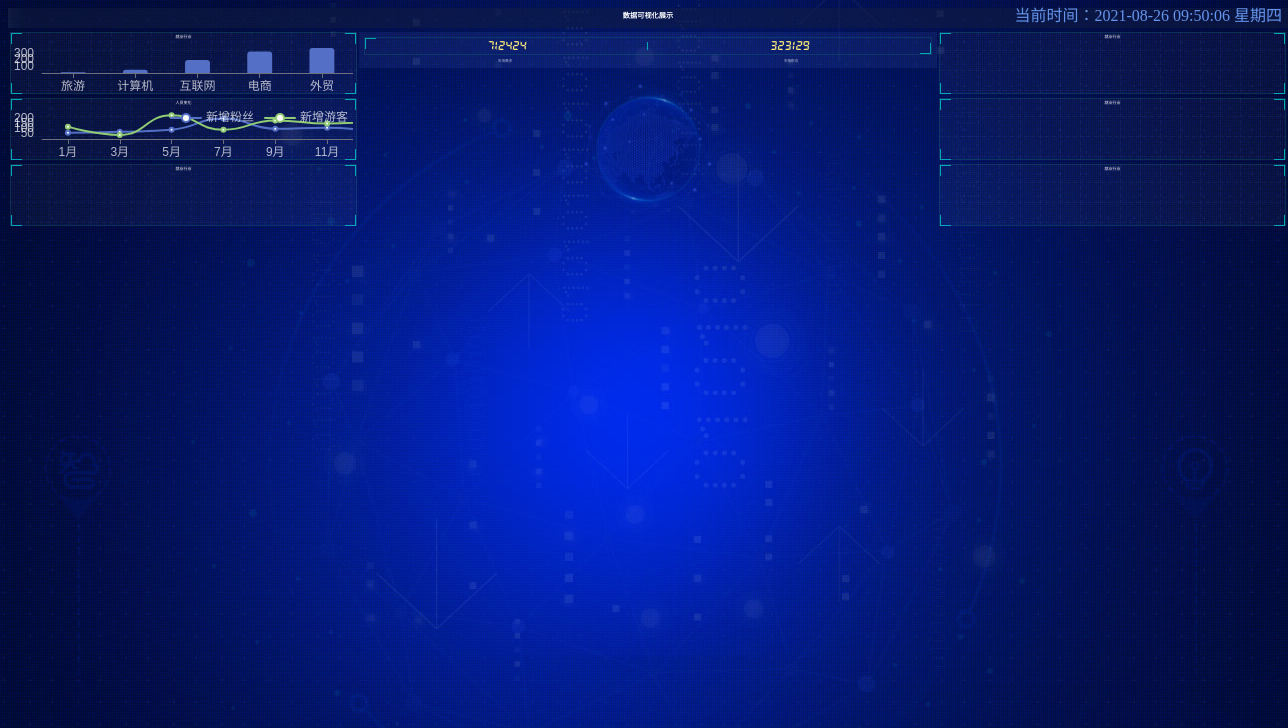
Repository: jiang-1990/DataVM
Page: /
An editor plug-in stored every save of this project. The page is shown before and after the next save, followed by the edit.
The browser window is 1280 px wide. The page is 1288 px wide, so the pictures cover 1288 px, including what lies to the right of the window. The pictures show the whole page.
The project was rebuilt for these pictures with package versions that can differ from the ones it lists, and the page was loaded fresh each time.

Above is the page before, as saved 2021-08-27 14:08:27.

### index.html
<!DOCTYPE html>
<html>
  <head>
    <meta charset="utf-8">
    <meta name="viewport" content="width=device-width,initial-scale=1.0">
    <title>mydatam</title>
  </head>
  <body>
    <div id="app"></div>
    <!-- built files will be auto injected -->
  </body>
</html>

### src/main.js
// The Vue build version to load with the `import` command
// (runtime-only or standalone) has been set in webpack.base.conf with an alias.
import Vue from 'vue'
import App from './App'
import router from './router'
import 'lib-flexible/flexible.js'
//声明字体
import './font/font.css'

Vue.config.productionTip = false

/* eslint-disable no-new */
new Vue({
  el: '#app',
  router,
  components: { App },
  template: '<App/>'
})

### src/App.vue
<template>
  <div id="app">
    <router-view/>
  </div>
</template>

<script>
export default {
  name: 'App'
}
</script>

<style>
body{
  background-image: url('assets/bg.jpg') ;
  background-Repeat : 'no-repeat';
  background-Size : '100% 100%';
  background-position: center;/* 背景图随屏幕尺寸变化 背景图两边隐藏 图片不压缩 */
}
html,body {
  width: 100%;
  height: 100%;
}

</style>

### src/router/index.js
import Vue from 'vue'
import Router from 'vue-router'
import bigScreen from '@/components/bigScreen'

Vue.use(Router)

export default new Router({
  routes: [
    {
      path: '/',
      name: 'bigScreen',
      component: bigScreen
    }
  ]
})

### src/font/font.css
 /* 声明字体 */
@font-face {
    font-family: 'electronicFont';
    src: url(./DS-DIGIT.ttf);
}

### src/components/bigScreen.vue
<template>
  <div>
    <div class="top">
      <h1>数据可视化展示</h1>
      <span class="time">当前时间：{{ date | dateFormat }}</span>
    </div>
    <div class="mainBox">
      <div class="culonm">
        <div class="panl bar">
          <h2>就业行业</h2>
          <div class="chart" id="bar_l"></div>
          <div class="zhuanjiao"></div>
        </div>

        <div class="panl line">
          <h2>人员变化</h2>
          <div class="chart" id="line_l"></div>
          <div class="zhuanjiao"></div>
        </div>

        <div class="panl pie">
          <h2>就业行业</h2>
          <div class="chart"></div>
          <div class="zhuanjiao"></div>
        </div>
      </div>
      <div class="culonm">
        <div class="num">
          <div class="num-hd">
            <ul>
              <li>712424</li>
              <li>323129</li>
            </ul>
          </div>
          <div class="num-bd">
            <ul>
              <li>市场需求</li>
              <li>市场供应</li>
            </ul>
          </div>
        </div>
        <div class="map">
          <div class="map1"></div>
          <div class="map2"></div>
          <div class="map3"></div>
          <div class="chart"></div>
        </div>
      </div>
      <div class="culonm">
        <div class="panl bar">
          <h2>就业行业</h2>
          <div class="chart"></div>
          <div class="zhuanjiao"></div>
        </div>

        <div class="panl line">
          <h2>就业行业</h2>
          <div class="chart"></div>
          <div class="zhuanjiao"></div>
        </div>

        <div class="panl pie">
          <h2>就业行业</h2>
          <div class="chart"></div>
          <div class="zhuanjiao"></div>
        </div>
      </div>
    </div>
    <!-- <div id="myChart" style="width:1920px; height: 400px;"></div> -->
  </div>
</template>

<script>
// 引入echarts
var echarts = require("echarts");
export default {
  data() {
    return {
      date: new Date(), //当前日期
    };
  },
  // 定义一个局部的过滤器，格式化当前时间
  filters: {
    dateFormat: (dateTime) => {
      var now = new Date(dateTime);
      var y = now.getFullYear();
      var m = (now.getMonth() + 1).toString().padStart(2, "0");
      var d = now.getDate().toString().padStart(2, "0");
      var hh = now.getHours().toString().padStart(2, "0");
      var mm = now.getMinutes().toString().padStart(2, "0");
      var ss = now.getSeconds().toString().padStart(2, "0");
      let week = now.getDay(); // 星期
      let weekArr = [
        "星期日",
        "星期一",
        "星期二",
        "星期三",
        "星期四",
        "星期五",
        "星期六",
      ];
      // 过滤器中要有返回值
      return `${y}-${m}-${d} ${hh}:${mm}:${ss} ${weekArr[week]}`;
    },
  },
  mounted() {
    this.createchartLine_l();
    this.createchartBar_l();
    var _this = this;
    this.timer = setInterval(() => {
      _this.date = new Date(); // 修改日期数据
    }, 1000);
  },
  created() {},
  methods: {
    createchartBar_l() {
      var myChart = echarts.init(document.getElementById("bar_l"));
      var option;
      option = {
        tooltip: {
          trigger: "axis",
          axisPointer: {
            // 坐标轴指示器，坐标轴触发有效
            type: "shadow", // 默认为直线，可选为：'line' | 'shadow'
          },
          backgroundColor: "rgba(0,21,49, 0.7)", //通过设置rgba调节背景颜色与透明度
          borderWidth: 0,
          textStyle: {
            color: "#fff",
          },
        },
        grid: {
          left: "0%",
          right: "0%",
          bottom: "0%",
          top: "12%",
          containLabel: true,
        },

        xAxis: [
          {
            type: "category",
            data: ["旅游", "计算机", "互联网", "电商", "外贸"],
            axisTick: {
              alignWithLabel: true,
            },
            splitLine: {
              show: false,
            },
            axisLabel: {
              color: "rgba(255,255,255, 0.7)",
            },
          },
        ],
        yAxis: [
          {
            type: "value",
            splitLine: {
              show: false,
            },
            axisLabel: {
              color: "rgba(255,255,255, 0.7)",
            },
          },
        ],
        series: [
          {
            name: "直接访问",
            type: "bar",
            barWidth: "40%",
            data: [10, 52, 200, 334, 390],
            itemStyle: {
              borderRadius: [3, 3, 0, 0],
            },
          },
        ],
      };
      myChart.setOption(option);
    },
    createchartLine_l() {
      var myChart = echarts.init(document.getElementById("line_l"));
      console.log(myChart);
      var option = {
        tooltip: {
          trigger: "axis",
          backgroundColor: "rgba(0,21,49, 0.7)", //通过设置rgba调节背景颜色与透明度
          borderWidth: 0,
          textStyle: {
            color: "#fff",
          },
        },
        legend: {
          data: ["新增粉丝", "新增游客"],
          right: 0,
          itemStyle: {
            borderWidth: 0,
          },
          itemWidth: 30,
          itemHeight: 10,
          lineStyle: {
            with: "30px",
            cap: "round",
          },
          textStyle: {
            color: "rgba(255,255,255, 0.7)",
            fontSize: "12",
          },
        },
        grid: {
          left: "0%",
          right: "0%",
          bottom: "0%",
          top: "12%",
          containLabel: true,
        },

        xAxis: [
          {
            type: "category",
            data: ["1月", "3月", "5月", "7月", "9月", "11月"],
            axisTick: {
              alignWithLabel: true,
            },
            splitLine: {
              show: false,
            },
            axisLabel: {
              color: "rgba(255,255,255, 0.7)",
            },
          },
        ],
        yAxis: [
          {
            type: "value",
            splitLine: {
              show: false,
            },
            axisLabel: {
              color: "rgba(255,255,255, 0.7)",
            },
          },
        ],
        series: [
          {
            name: "新增粉丝",
            type: "line",
            smooth: true,
            data: [60, 70, 90, 200, 100, 110, 60],
          },
          {
            name: "新增游客",
            type: "line",
            smooth: true,
            data: [120, 40, 230, 90, 180, 150, 180],
          },
        ],
      };
      myChart.setOption(option);
    },
  },
};
</script>

<style scoped>
@import "../css/bigScreen.css";
</style>

### src/css/bigScreen.css
* {
  margin: 0;
  padding: 0;
  box-sizing: border-box;
}
li {
  list-style-type: none;
}
.top {
  height: 1.25rem;
  background: url(../assets/head_bg.png) no-repeat;
  box-sizing: 100% 100%;
  position: relative;
}
.top h1 {
  font-size: 0.45rem;
  line-height: 1rem;
  color: #ffffff;
  text-align: center;
}
.top .time {
  line-height: 0.9375rem;
  position: absolute;
  right: 0.375rem;
  top: 0;
  color: cornflowerblue;
}
.mainBox {
  min-width: 1024px;
  max-width: 1920px;
  margin: 0 auto;
  display: flex;
  padding: 0.25rem 0.125rem 0;
}
.mainBox .culonm {
  flex: 3;
}
.mainBox .culonm:nth-child(2) {
  flex: 5;
  margin: 0 0.125rem 0.1875rem;
}
.mainBox .panl {
  position: relative;
  height: 3.875rem;
  border: 0.0125rem solid rgba(25, 186, 139, 0.17);
  background: url(../assets/line.png) rgba(255, 255, 255, 0.03);
  padding: 0 0.1875rem 0.25rem;
  margin-bottom: 0.25rem;
}
.mainBox .panl::before {
  position: absolute;
  top: 0;
  left: 0;
  width: 10px;
  height: 10px;
  border-left: 1px solid #02a6b5;
  border-top: 1px solid #02a6b5;
  content: "";
}
.mainBox .panl::after {
  position: absolute;
  top: 0;
  right: 0;
  width: 10px;
  height: 10px;
  border-right: 1px solid #02a6b5;
  border-top: 1px solid #02a6b5;
  content: "";
}
.mainBox .panl .zhuanjiao {
  width: 100%;
  height: 10px;
  position: absolute;
  bottom: 0px;
  left: 0;
}
.mainBox .panl .zhuanjiao::before {
  position: absolute;
  top: 0;
  left: 0;
  width: 10px;
  height: 10px;
  border-left: 1px solid #02a6b5;
  border-bottom: 1px solid #02a6b5;
  content: "";
}
.mainBox .panl .zhuanjiao::after {
  position: absolute;
  top: 0;
  right: 0;
  width: 10px;
  height: 10px;
  border-right: 1px solid #02a6b5;
  border-bottom: 1px solid #02a6b5;
  content: "";
}
.mainBox .panl h2 {
  font-size: 0.25rem;
  color: #ffffff;
  line-height: 0.5rem;
  text-align: center;
  height: 0.5rem;
  font-weight: 400;
}
.mainBox .panl .chart {
  height: 3.25rem;
}
.mainBox .num {
  background: rgba(101, 132, 226, 0.1);
  padding: 0.1875rem;
}
.mainBox .num .num-hd {
  position: relative;
  margin: 0.125rem;
  border: 1px solid rgba(25, 186, 139, 0.17);
}
.mainBox .num .num-hd::before {
  position: absolute;
  top: 0;
  left: 0;
  width: 10px;
  height: 10px;
  border-left: 1px solid #02a6b5;
  border-top: 1px solid #02a6b5;
  content: "";
}
.mainBox .num .num-hd::after {
  position: absolute;
  bottom: 0;
  right: 0;
  width: 10px;
  height: 10px;
  border-right: 1px solid #02a6b5;
  border-bottom: 1px solid #02a6b5;
  content: "";
}
.mainBox .num .num-hd ul {
  display: flex;
}
.mainBox .num .num-hd ul li {
  flex: 1;
  line-height: 1rem;
  font-size: 0.875rem;
  color: #ffeb7b;
  text-align: center;
  font-family: electronicFont;
}
.mainBox .num .num-hd ul li:nth-child(1) {
  position: relative;
}
.mainBox .num .num-hd ul li:nth-child(1)::after {
  position: absolute;
  top: 25%;
  right: 0;
  height: 50%;
  border-right: 1px solid #02a6b5;
  content: "";
}
.mainBox .num .num-bd {
  position: relative;
}
.mainBox .num .num-bd ul {
  display: flex;
}
.mainBox .num .num-bd ul li {
  flex: 1;
  line-height: 0.5rem;
  font-size: 0.225rem;
  color: rgba(255, 255, 255, 0.7);
  text-align: center;
}
.mainBox .map {
  height: 10.125rem;
  position: relative;
}
.mainBox .map .map1 {
  width: 6.475rem;
  height: 6.475rem;
  position: absolute;
  top: 50%;
  left: 50%;
  transform: translate(-50%, -50%);
  background: url(../assets/map.png);
  background-size: 100% 100%;
  opacity: 0.3;
}
.mainBox .map .map2 {
  width: 8.0375rem;
  height: 8.0375rem;
  position: absolute;
  top: 50%;
  left: 50%;
  transform: translate(-50%, -50%);
  background: url(../assets/lbx.png);
  background-size: 100% 100%;
  animation: rotatel1 20s linear infinite;
  opacity: 0.6;
}
@keyframes rotatel1 {
  from {
    transform: translate(-50%, -50%) rotate(0deg);
  }
  to {
    transform: translate(-50%, -50%) rotate(360deg);
  }
}
.mainBox .map .map3 {
  width: 7.075rem;
  height: 7.075rem;
  position: absolute;
  top: 50%;
  left: 50%;
  transform: translate(-50%, -50%);
  background: url(../assets/jt.png);
  background-size: 100% 100%;
  animation: rotatel2 15s linear infinite;
  opacity: 0.6;
}
@keyframes rotatel2 {
  from {
    transform: translate(-50%, -50%) rotate(0deg);
  }
  to {
    transform: translate(-50%, -50%) rotate(-360deg);
  }
}
.mainBox .map .chart {
  height: 10.125rem;
}

After the next save:
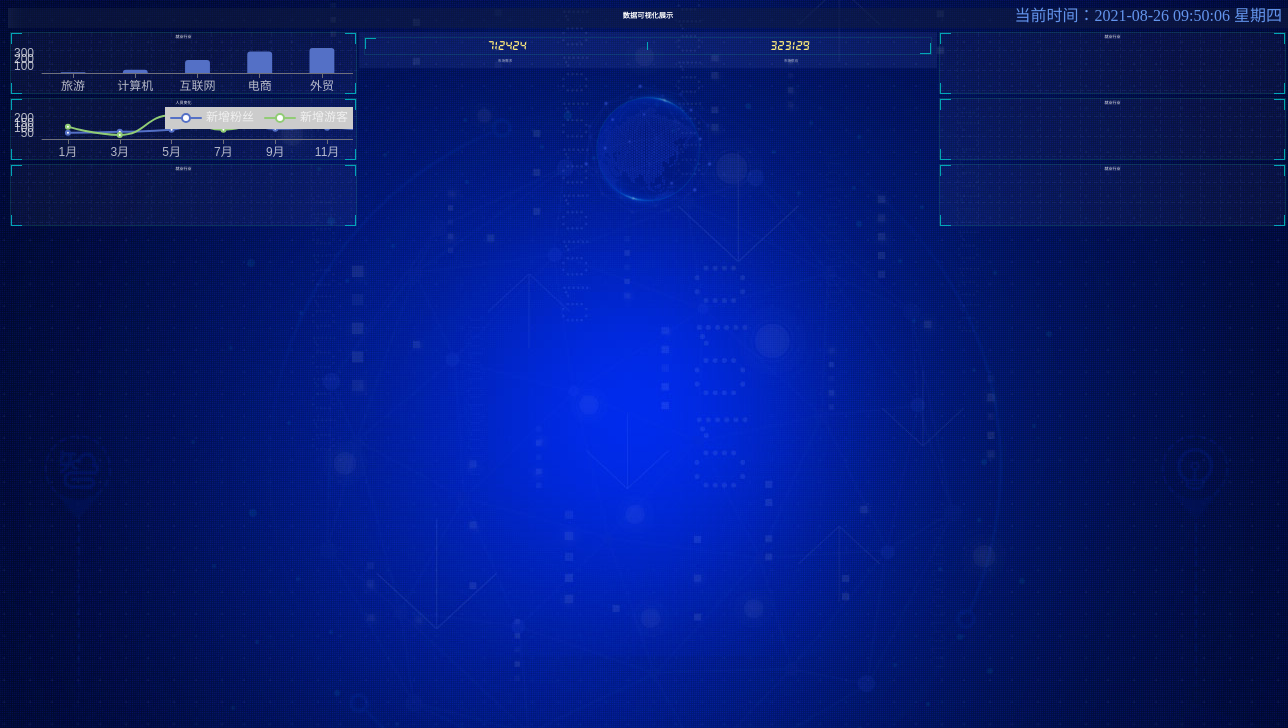
Saved 2 min 50 s later.
--- a/src/components/bigScreen.vue
+++ b/src/components/bigScreen.vue
@@ -198,9 +198,9 @@ export default {
           itemWidth: 30,
           itemHeight: 10,
           lineStyle: {
-            with: "30px",
             cap: "round",
           },
+          backgroundColor:"#ccc",
           textStyle: {
             color: "rgba(255,255,255, 0.7)",
             fontSize: "12",
